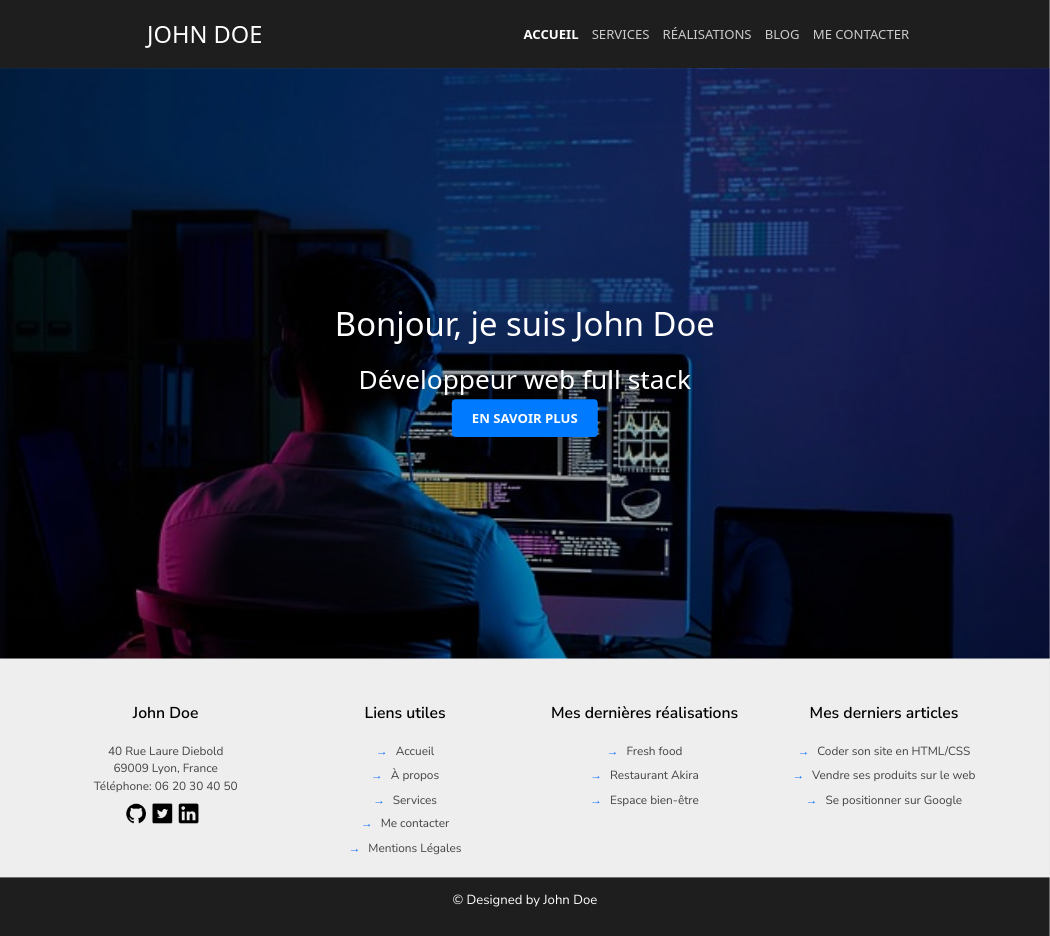
Repository: MagicCogs/optimisation-de-cv
Page: /
These files come from the project's save history. The page is drawn as it stood at one moment and after the next save; the edit follows.
The browser window is 1280 px wide. The pictures show the whole page, at 82% of full size.
The project was rebuilt for these pictures with package versions that can differ from the ones it lists, and the page was loaded fresh each time. Also part of the build but not shown: src/pages/Apropos.jsx, src/pages/Services.jsx, src/pages/Realisations.jsx, src/pages/Blog.jsx, src/pages/Contact.jsx, src/pages/MentionsLegales.jsx.

Above is the page before, as saved 2024-12-15 15:21:36.

### src/App.js
import React from 'react';
import { BrowserRouter as Router, Route, Routes } from 'react-router-dom';
import Header from './components/Header';
import Footer from './components/Footer';
import Accueil from './pages/Accueil';
import Apropos from './pages/Apropos';
import Services from './pages/Services';
import Realisations from './pages/Realisations';
import Blog from './pages/Blog';
import Contact from './pages/Contact';
import MentionsLegales from './pages/MentionsLegales';
import './styles/main.css';
import 'bootstrap/dist/css/bootstrap.min.css';


function App() {
  return (
    <Router>
      <Header />
        <Routes>
          <Route path="/" element={<Accueil />} />
          <Route path="/apropos" element={<Apropos />} />
          <Route path="/services" element={<Services />} />
          <Route path="/realisations" element={<Realisations />} />
          <Route path="/blog" element={<Blog />} />
          <Route path="/contact" element={<Contact />} />
          <Route path="/mentions-legales" element={<MentionsLegales />} />
        </Routes>
      <Footer />
    </Router>
  );
}

export default App;

### src/components/Header.jsx
import React, { useState } from 'react';
import { NavLink } from 'react-router-dom';
import '../styles/header.css';

const Header = () => {
  const [menuOpen] = useState(false);

  return (
    <header className="header">
      <h1>JOHN DOE</h1>
      <nav className={`navbar ${menuOpen ? 'open' : ''}`}>
        <ul>
          <li>
            <NavLink exact to="/" activeClassName="active">
              ACCUEIL
            </NavLink>
          </li>
          <li>
            <NavLink className="nav-link" to="/services">
              SERVICES
            </NavLink>
          </li>
          <li>
            <NavLink className="nav-link" to="/realisations">
              RÉALISATIONS
            </NavLink>
          </li>
          <li>
            <NavLink className="nav-link" to="/blog">
              BLOG
            </NavLink>
          </li>
          <li>
            <NavLink className="nav-link" to="/contact">
              ME CONTACTER
            </NavLink>
          </li>
        </ul>
      </nav>
    </header>
  );
};

export default Header;

### src/components/Footer.jsx
import React, { useEffect } from 'react';
import { Link } from 'react-router-dom';
import '../styles/footer.css';
import githubIcon from '../images/github.png';
import twitterIcon from '../images/twitter.png';
import linkedinIcon from '../images/linkedin.png';

const Footer = () => {

  // Fonction pour faire défiler la page vers le haut
  const scrollToTop = () => {
    window.scrollTo({ top: 0, behavior: 'smooth' });
  };

  useEffect(() => {
    // Afficher ou cacher le bouton de retour en haut en fonction du défilement
    const handleScroll = () => {
      const scrollTopButton = document.getElementById('scrollTopButton');
      if (window.scrollY > 300) {
        scrollTopButton.style.display = 'block'; // Affiche le bouton si on défile plus de 300px
      } else {
        scrollTopButton.style.display = 'none'; // Cache le bouton si on est en haut de la page
      }
    };

    window.addEventListener('scroll', handleScroll); // Ajoute l'événement de scroll
    return () => {
      window.removeEventListener('scroll', handleScroll); // Nettoyage de l'événement
    };
  }, []);

  return (
    <footer className="footer-container">
      <div className="footer-content">
        <section id="profile">
          <h2>John Doe</h2>
          <p>40 Rue Laure Diebold<br />69009 Lyon, France<br />Téléphone: 06 20 30 40 50</p>
          <a href="https://github.com/MagicCogs" target="_blank" rel="nofollow noreferrer">
            <img src={githubIcon} alt="GitHub Icon" className="icon" />
          </a>
          <a href="https://x.com/home" target="_blank" rel="nofollow noreferrer">
            <img src={twitterIcon} alt="Twitter Icon" className="icon" />
          </a>
          <a href="https://www.linkedin.com/feed/?trk=guest_homepage-basic_google-one-tap-submit" target="_blank" rel="nofollow noreferrer">
            <img src={linkedinIcon} alt="LinkedIn Icon" className="icon" />
          </a>
        </section>

        <section id="liensutiles">
          <h2>Liens utiles</h2>
          <p><Link to="/">Accueil</Link></p>
          <p><Link to="/about">À propos</Link></p>
          <p><Link to="/services">Services</Link></p>
          <p><Link to="/contact">Me contacter</Link></p>
          <p><Link to="/mentions-legales">Mentions Légales</Link></p>
        </section>

        <section id="realisations">
          <h2>Mes dernières réalisations</h2>
          <p><Link to="/projects/fresh-food">Fresh food</Link></p>
          <p><Link to="/projects/akira-restaurant">Restaurant Akira</Link></p>
          <p><Link to="/projects/wellness-space">Espace bien-être</Link></p>
        </section>

        <section id="articles">
          <h2>Mes derniers articles</h2>
          <p><Link to="/blog/html-css">Coder son site en HTML/CSS</Link></p>
          <p><Link to="/blog/sell-online">Vendre ses produits sur le web</Link></p>
          <p><Link to="/blog/seo">Se positionner sur Google</Link></p>
        </section>
      </div>

      <div className="footer-bar">
        <p>© Designed by John Doe</p>
        <button
          id="scrollTopButton"
          className="scroll-top"
          onClick={scrollToTop}
        >
          ↑
        </button>
      </div>

    </footer>
  );
};

export default Footer;

### src/pages/Accueil.jsx
// src/pages/Accueil.jsx
import React from 'react';
import { Link } from 'react-router-dom';
import '../styles/main.css';

const Accueil = () => (
<div className="accueil">
<div className="accueil-content">
    <h1>Bonjour, je suis John Doe</h1>
    <h2>Développeur web full stack</h2>
    <Link to="/apropos" className="btn-apropos">
      En savoir plus
    </Link>
  </div>
</div>
);

export default Accueil;

### src/styles/main.css
@import url('https://fonts.googleapis.com/css2?family=Nunito+Sans:wght@400;600&display=swap');

strong {
  color: black;
}

h1, h2 {
  margin: 0;
  padding: 0.5rem;
}

h3, h4, h5, h6, strong {
  font-family: 'Nunito Sans', sans-serif;
  font-weight: 600;
}

@media (max-width: 768px) {
  body {
    font-size: 14px;
  }
}

body {
  font-family: 'Nunito Sans', sans-serif;
  background-color: #ffffff;
  color: #333;
  margin: 0;
}


@media (max-width: 1024px) and (min-width: 768px) {
  .accueil {
    height: auto;
    padding: 1rem;
  }
}

.accueil {
  position: relative;
  background-image: url('../images/background.png');
  background-size: cover;
  background-position: center;
  height: 100vh;
  display: flex;
  flex-direction: column;
  align-items: center;
  justify-content: center;
  color: white;
  text-align: center;
}

.accueil::before {
  content: '';
  position: absolute;
  top: 0;
  left: 0;
  width: 100%;
  height: 100%;
  background-color: rgba(0, 0, 0, 0.3);
  z-index: 1;
}

.accueil-content {
  position: relative;
  z-index: 2;
}

.btn-apropos {
  margin-top: 1.5rem;
  padding: 0.75rem 1.5rem;
  background-color: #007bff;
  color: white;
  font-weight: bold;
  border: none;
  border-radius: 5px;
  text-transform: uppercase;
  text-decoration: none;
}

.btn-apropos:hover {
  background-color: #0056b3;
}

.apropos-title {
  font-size: 2rem;
  font-weight: 600;
  text-align: center;
  margin-bottom: 1rem;
  position: relative;
}

.apropos-title::after {
  content: '';
  display: block;
  width: 80px;
  height: 3px;
  background-color: #007bff;
  margin: 0.5rem auto 1rem;
}

.apropos-container {
  display: flex;
  justify-content: center;
  align-items: center;
  padding: 2rem;
  background-color: #f8f9fa;
}

.apropos-window {
  background-color: #fff;
  padding: 2rem;
  border-radius: 10px;
  box-shadow: 0 4px 8px rgba(0, 0, 0, 0.2);
  max-width: 900px;
  width: 100%;
}

.apropos-content {
  display: flex;
  flex-direction: row;
}

.apropos-text {
  flex: 1;
  padding-right: 2rem;
}

.apropos-text h1 {
  font-weight: 600;
  font-size: 2rem;
  margin-bottom: 1rem;
}

.apropos-text p {
  font-size: 1rem;
  line-height: 1.6;
  color: #444;
}

.apropos-skills {
  flex: 1;
  text-align: center;
}

.apropos-image {
  max-width: 100%;
  margin-bottom: 1.5rem;
  box-shadow: 0 4px 8px rgba(0, 0, 0, 0.2);
}

.progress-bars h3 {
  font-size: 1.25rem;
  margin-bottom: 1rem;
  font-weight: 600;
}

.skill {
  margin-bottom: 1rem;
}

.skill span {
  display: flex;
  align-items: baseline;
  font-weight: 500;
  margin-bottom: 0.5rem;
}

.progress-bar {
  height: 20px;
  border-radius: 5px;
}

.html-bar .progress-bar {
  background-color: #e01802;
}

.css-bar .progress-bar {
  background-color: #00cefc;
}

.javascript-bar .progress-bar {
  background-color: #f1c40f;
}

.php-bar .progress-bar {
  background-color: #00702f;
}

.react-bar .progress-bar {
  background-color: #007bff;
}

.progress {
  background-color: #e0e0e0;
}

.underheader-image {
  width: 100%;
  height: 200px;
  background-image: url('../images/technologywaves.png');
  background-size: cover;
  background-position: center;
  background-repeat: no-repeat;
  margin: 0;
  padding: 0;
}

.services-page body {
    font-family: Arial, sans-serif;
    background-color: #0056b3;
  }

  .services-description h1 {
    margin-top: 5%;
  }

  .services-description {
    text-align: center;
    margin-bottom: 3rem;
  }

  .services-description p {
    font-size: 1.1rem;
    color: #666;
    max-width: 800px;
    margin: 0 auto;
    line-height: 1.6;
    margin-bottom: 10%;
  }

  .services-description p::after {
    content: '';
    display: block;
    width: 235px;
    height: 3px;
    background-color: #007bff;
    margin: 0.5rem auto 1rem;
    margin-top: 2%;
  }

  .services-list {
    display: flex;
    justify-content: space-between;
    gap: 2rem;
    margin-bottom: 3rem;
    flex-wrap: wrap;
  }

  .service-card {
    background-color: #ffffff;
    padding: 2rem;
    border-radius: 8px;
    box-shadow: 0 4px 6px rgba(0, 0, 0, 0.1);
    flex: 1;
    min-width: 200px;
    text-align: center;
  }

  .service-card .icon {
    height: 30%;
    width: 30%;
    margin: 5%;
  }

  .service-card h3 {
    font-size: 1.5rem;
    margin-bottom: 1rem;
  }

  .service-card p {
    font-size: 1rem;
    color: #444;
    line-height: 1.5;
  }

  .services-contact {
    text-align: center;
    background-color: #007bff;
    color: white;
    padding: 3rem;
    margin-top: 3rem;
    border-radius: 8px;
  }

  .services-contact h2 {
    font-size: 2rem;
    margin-bottom: 1rem;
  }

  .services-contact p {
    font-size: 1.1rem;
    margin-bottom: 2rem;
  }

  @media (max-width: 768px) {
    .services-list {
      flex-direction: column;
      align-items: center;
    }

    .service-card {
      width: 90%;
      margin-bottom: 2rem;
    }
  }


  .realisations-container {
    padding: 2rem;
    text-align: center;
  }

  .realisations-container strong::after {
    content: '';
    display: block;
    width: 200px;
    height: 4px;
    background-color: #007bff;
    margin: 0.5rem auto 1rem;
    margin-top: 2%;
  }

  .realisations-grid {
    margin-top: 7%;
    display: grid;
    grid-template-columns: repeat(auto-fill, minmax(250px, 1fr));
    gap: 1.5rem;
    padding: 0 1rem;
  }

  .realisations-card {
    background-color: #fff;
    border: 1px solid #ddd;
    border-radius: 8px;
    text-align: center;
    box-shadow: 0 4px 8px rgba(0, 0, 0, 0.1);
    transition: transform 0.3s ease, box-shadow 0.3s ease;
  }

  .realisations-card:hover {
    transform: translateY(-5px);
    box-shadow: 0 8px 16px rgba(0, 0, 0, 0.2);
  }

  .realisations-image {
    width: 100%;
    border-radius: 8px;
    margin-bottom: 1rem;
  }

  .realisations-card h3 {
    font-size: 1.25rem;
    font-weight: bold;
    color: #000000;
  }

  .realisations-card p {
    font-size: 0.9rem;
    color: #000000;
    padding: 2%;
  }

  .realisations-card .btn-primary {
    background-color: #ffffff;
    border-color: #0d6efd;
    color: #0d6efd;
    transition: background-color 0.3s ease;
  }

  .realisations.-card .btn-primary:hover {
    background-color: #0056b3;
  }

.under-button {
    margin-top: 20px;
    border-color: black;
    background-color: #EEE;
  }

.blog-container {
    padding: 2rem;
    background-color: #f8f9fa;
    display: flex;
    flex-direction: column;
    align-items: center;
  }

  .blog-container p strong::after {
    content: '';
    display: block;
    width: 200px;
    height: 3px;
    background-color: #007bff;
    margin: 0.5rem auto 1rem;
  }

  .blog-title {
    font-size: 2rem;
    font-weight: 600;
    text-align: center;
    margin-bottom: 2rem;
  }

  .blog-grid {
    display: flex;
    flex-wrap: wrap;
    gap: 1.5rem;
    justify-content: space-between;
  }

  .blog-card {
    background-color: #fff;
    border-radius: 8px;
    box-shadow: 0 4px 8px rgba(0, 0, 0, 0.1);
    flex: 1 1 calc(33.333% - 1.5rem);
    max-width: calc(33.333% - 1.5rem);
    display: flex;
    flex-direction: column;
    padding: 1rem;
    box-sizing: border-box;
  }

  .blog-card h3 {
    font-size: 1.25rem;
    font-weight: 600;
    margin-bottom: 0.5rem;
  }

  .blog-card p {
    font-size: 1rem;
    margin-bottom: 1rem;
    color: #555;
  }

  .blog-card-button {
    padding: 1%;
    background-color: #007bff;
    color: #fff;
    border-radius: 5px;
    cursor: pointer;
    transition: background-color 0.3s;
  }

  .blog-card-button:hover {
    background-color: #0056b3;
    color: white;
  }

  .date-publication {
    background-color: #f0f0f0;
    color: #333;
    font-size: 0.9rem;
    text-align: start;
    padding: 0.75rem 0;
    margin-top: 3%;
    border-top: 1px solid #ddd;
    border-radius: 0 0 8px 8px;
    width: 100%;
    bottom: 0;
    left: 0;
  }

  @media (max-width: 768px) {
    .blog-grid {
      flex-direction: column;
      gap: 1rem;
    }

    .blog-card {
      max-width: 100%;
      flex: none;
    }

    .blog-card img {
      width: 100%;
      height: auto;
    }
  }

  .blog-card h3 {
    font-size: 1.25rem;
    font-weight: 600;
    margin-bottom: 0.5rem;
  }

  .blog-card p {
    font-size: 1rem;
    margin-bottom: 1rem;
    color: #555;
  }

  .blog-card-button {
    padding: 2%;
    background-color: #007bff;
    color: #fff;
    border: none;
    border-radius: 5px;
    font-size: 1rem;
    cursor: pointer;
    transition: background-color 0.3s;
  }

  .blog-card-button:hover {
    background-color: #0056b3;
    color: white;
  }

  .date-publication {
    background-color: #f0f0f0;
    color: #333;
    font-size: 0.9rem;
    text-align: start;
    padding: 0.75rem 0;
    margin-top: 3%;
    border-top: 1px solid #ddd;
    border-radius: 0 0 8px 8px;
    width: 100%;
    bottom: 0;
    left: 0;
  }

  .contact-page {
    background-image: url('../images/keyboard.png');
    background-repeat: no-repeat;
    background-size: cover;
    background-position: center;
    min-height: 100vh;
    display: flex;
    justify-content: space-between;
    flex-direction: column;
    align-items: center;
    position: relative;
    z-index: 2;
}

  .contact-section {
    background-color: rgba(0, 105, 255, 0.5);
    padding: 1rem;
    border-radius: 8px;
    color: white;
  }

  .contact-container {
    width: 90%;
    max-width: 1200px;
    background-color: rgba(255, 255, 255, 0.9);
    padding: 40px;
    border-radius: 10px;
    box-shadow: 0 4px 10px rgba(0, 0, 0, 0.2);
    margin-bottom: 40px;
    flex-grow: 1;
}

  .contact-container h1 {
    font-size: 2.5rem;
    text-align: center;
    margin-bottom: 10px;
    color: #333;
  }

  .contact-text p {
    font-size: 80%;
    text-align: center;
    margin-bottom: 30px;
    color: #555;
  }

  .contact-text p::after {
    content: '';
    display: block;
    width: 200px;
    height: 4px;
    background-color: #007bff;
    margin: 0.5rem auto 1rem;
  }

  .contact-content {
    display: flex;
    flex-wrap: wrap;
    gap: 20px;
    justify-content: space-between;
  }

  .contact-form h2::after,
  .contact-map h2::after {
    content: '';
    display: flex;
    margin-left: 0;
    width: 100%;
    height: 2px;
    background-color: #007bff;
    margin: 0.5rem auto;
  }

  .contact-form {
    flex: 1;
    min-width: 350px;
    background-color: transparent;
    padding: 20px;
    border-radius: 8px;
    box-shadow: none;
  }

  .contact-form h2 {
    font-size: 1.5rem;
    margin-bottom: 20px;
    text-align: center;
  }

  .contact-form input,
  .contact-form textarea {
    width: 100%;
    margin-bottom: 15px;
    padding: 10px;
    border: 1px solid #ddd;
    border-radius: 5px;
  }

  .contact-submit {
    display: flex;
    justify-content: center;
    margin-top: 20px;
  }

  .contact-form button {
    margin-top: 20px;
    width: 30%;
    padding: 6px;
    background-color: #007BFF;
    color: #fff;
    border: none;
    border-radius: 5px;
    cursor: pointer;
  }

  .contact-form button:hover {
    background-color: #0056b3;
  }

  .contact-map {
    flex: 1;
    min-width: 300px;
    padding: 20px;
  }

  .contact-map h2 {
    font-size: 1.5rem;
    margin-bottom: 20px;
    text-align: center;
  }

  .contact-map .icon {
    width: 15px;
    height: 15px;
    margin-right: 5px;
  }

  .contact-map p {
    font-size: 70%;
    display: flex;
    align-items: center;
    margin: 5px 0;
  }


.mentions-legales-page {
    display: flex;
    flex-direction: column;
    justify-content: flex-start;
    align-items: center;
    min-height: 100vh;
    padding: 2rem;
    background-color: #f8f9fa;
  }

  .mentions-legales-container {
    max-width: 100%;
    width: 100%;
    border: 1px solid #dbdada;
    border-radius: 5%;
    background-color: white;
    text-align: left;
  }

  .accordion-section {
    border-bottom: 1px solid #ccc;
    border-radius: 0;
    background-color: #f9f9f9;
    width: 100%;
  }

  .accordion-section.open {
    background-color: #e0f3ff;
    border-color: #007bff;
  }

  .accordion-section.open .accordion-header h2 {
    color: #004085;
  }

  .accordion-section.open .accordion-content {
    color: #003366;
  }

  .accordion-section:last-child {
    border-bottom: none;
  }

  .accordion-header {
    display: flex;
    justify-content: space-between;
    align-items: center;
    cursor: pointer;
    padding: 1rem;
  }

  .accordion-header h2 {
    font-size: 1.4rem;
    color: #444;
  }

  .accordion-content {
    padding: 1rem;
    color: #555;
    font-size: 1rem;
    line-height: 1.6;
  }

  .accordion-content a {
    color: #007bff;
    text-decoration: none;
  }

  .accordion-content a:hover {
    text-decoration: underline;
  }

  .arrow {
    font-size: 1rem;
    color: #666;
    transition: transform 0.3s ease;
  }

  .arrow.up {
    transform: rotate(180deg);
  }

  .arrow.down {
    transform: rotate(0);
  }

### src/styles/header.css
.header {
    display: flex;
    flex-direction: column;
    align-items: center;
    justify-content: center;
    padding: 1rem;
    background-color: #1e1e1e;
    color: #ffffff;
    position: relative;
    z-index: 1000;
    width: 100%;
    transition: height 0.3s ease-out;
  }

  .header h1 {
    margin: 0;
    font-size: 1.8rem;
    color: #ffffff;
  }

  .navbar {
    display: none;
    flex-direction: column;
    align-items: center;
    width: 100%;
    background-color: #1e1e1e;
    position: absolute;
    top: 100%;
    left: 0;
    z-index: 999;
    overflow: hidden;
  }

  .navbar.open {
    display: flex;
  }

  .navbar ul {
    list-style-type: none;
    padding: 0;
    margin: 0;
    display: flex;
    flex-direction: column;
    align-items: center;
    gap: 1rem;
  }

  .navbar ul li a {
    color: #ccc;
    text-decoration: none;
    font-weight: 400;
    transition: color 0.3s;
  }

  .navbar ul li a:hover {
    color: #ffffff;
  }

  .navbar ul li a.active {
    color: #ffffff;
    font-weight: 600;
  }

  .hamburger {
    display: block;
    background: none;
    border: none;
    color: #ffffff;
    font-size: 1.5rem;
    cursor: pointer;
  }

  @media (min-width: 769px) {
    .header {
      flex-direction: row;
      justify-content: space-around;
      align-items: center;
    }

    .navbar {
      display: flex;
      position: static;
      flex-direction: row;
      width: auto;
      background-color: transparent;
    }

    .hamburger {
      display: none;
    }

    .navbar ul {
      flex-direction: row;
      gap: 1rem;
    }
  }

### src/styles/footer.css
@import url('https://fonts.googleapis.com/css2?family=Nunito+Sans:wght@400;600&display=swap');

footer {
  text-align: center;
  color: rgb(0, 0, 0);
}

.footer {
  display: flex;
  flex-direction: column;
  justify-content: space-between;
  min-height: 100vh;
  background-color: #EEE;
}

.footer-container {
  background-color: #EEE;
  color: #444;
  font-family: 'Nunito Sans', sans-serif;
  padding-top: 2rem;
}

.footer-content {
  display: flex;
  justify-content: space-between;
  max-width: 1200px;
  margin: 0 auto;
  padding: 1rem;
  flex-wrap: wrap;
}

.footer-content section {
  flex: 1;
  margin: 0 1rem;
}

.footer-content section h2 {
  color: black;
  font-family: 'Nunito Sans', sans-serif;
  font-weight: 600;
  font-size: 1.2rem;
  margin-bottom: 1rem;
}

.footer-content section p {
  font-family: 'Nunito Sans', sans-serif;
  font-weight: 400;
  margin: 0.5rem 0;
  font-size: 0.9rem;
}

.footer-content section p a {
  color: #444;
  text-decoration: none;
  padding-left: 1.5rem;
  position: relative;
}

.footer-content section p a::before {
  color: #0d6efd;
  content: '→';
  position: absolute;
  left: 0;
}

.icon {
  color: #1e1e1e;
  width: 24px;
  height: 24px;
  margin-right: 0.5rem;
  cursor: pointer;
}

.icon:hover {
  opacity: 0.8;
}

.footer-bar {
  display: flex;
  justify-content: center;
  align-items: center;
  gap: 1rem;
  background-color: #1e1e1e;
  color: white;
  text-align: center;
  padding: 1rem 0;
  width: 100%;
}

.scroll-top {
  background-color: #0d6efd;
  border: none;
  border-radius: 50%;
  color: white;
  width: 40px;
  height: 40px;
  cursor: pointer;
  font-size: 1.2rem;
  display: none;
}

.scroll-top:hover {
  opacity: 0.8;
}

Loaded but not shown: public/index.html (common file); src/index.js (common file); src/index.css (common file); src/reportWebVitals.js (common file)

After the next save:
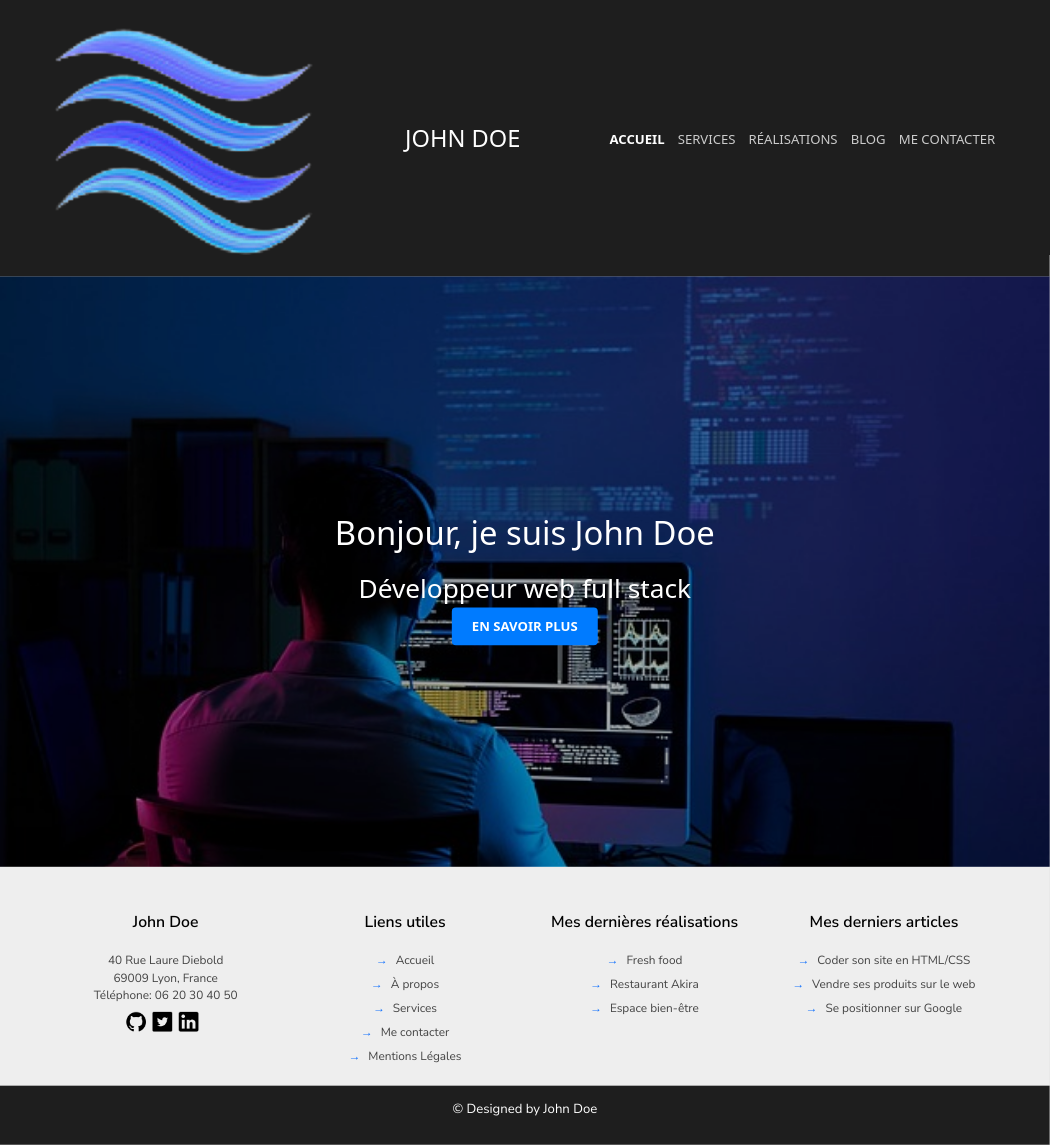
Saved 17 min 38 s later.
--- a/src/components/Header.jsx
+++ b/src/components/Header.jsx
@@ -1,12 +1,16 @@
 import React, { useState } from 'react';
 import { NavLink } from 'react-router-dom';
 import '../styles/header.css';
+import logo from '../images/logo.png';
 
 const Header = () => {
   const [menuOpen] = useState(false);
 
   return (
     <header className="header">
+      <div className="icon-card">
+          <img src={logo} alt="Logo Icon" className="logo" />
+      </div>
       <h1>JOHN DOE</h1>
       <nav className={`navbar ${menuOpen ? 'open' : ''}`}>
         <ul>
